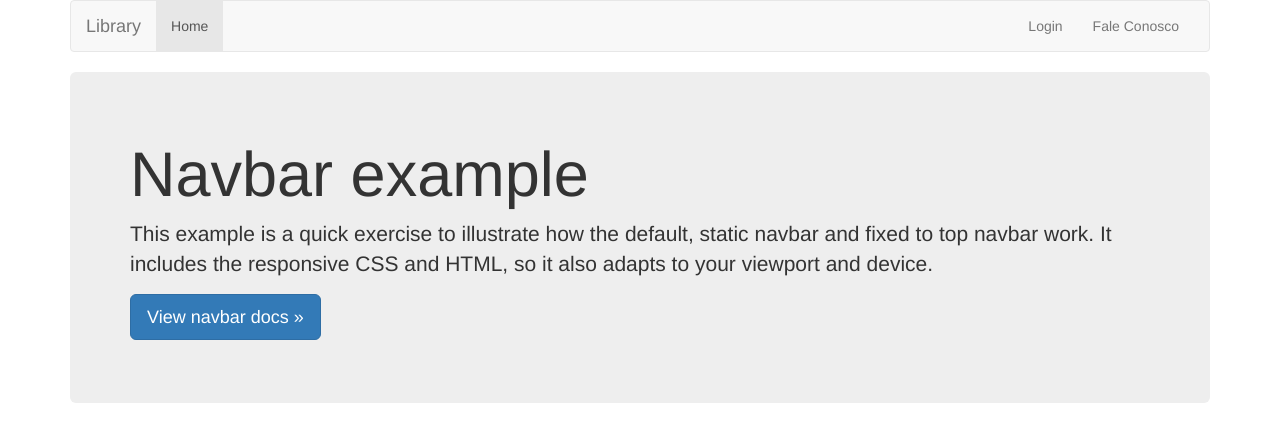
Repository: stefanyco/biblioteca
Page: http://localhost/Biblioteca/home.jsp
The author's editor kept a copy of each file at every save. The page is drawn from the files as they stood at one save, then again after the next save.
The browser window is 1280 px wide. The pictures show the whole page.
The page is served by Tomcat 9. Other server files are loaded and not shown.

Above is the page before, as saved 2016-11-06 22:29:23.

### Sistema Biblioteca/Biblioteca/WebContent/home.jsp
<%@ page language="java" contentType="text/html; charset=ISO-8859-1"
	pageEncoding="ISO-8859-1"%>
<!DOCTYPE html PUBLIC "-//W3C//DTD HTML 4.01 Transitional//EN" "http://www.w3.org/TR/html4/loose.dtd">
<html>
<head>
<meta http-equiv="Content-Type" content="text/html; charset=ISO-8859-1">
<link href="bootstrap.min.css" rel="stylesheet">
<title>Lybrary System</title>
</head>
<body>

	<div class="container">

		<!-- Static navbar -->
		<nav class="navbar navbar-default">
		<div class="container-fluid">
			<div class="navbar-header">
				<a class="navbar-brand" href="#">Library</a>
			</div>
			<div id="navbar" class="navbar-collapse collapse">
				<ul class="nav navbar-nav">
					<li class="active"><a href="#">Home</a></li>
				</ul>
				<ul class="nav navbar-nav navbar-right">
					<li><a href="../navbar-static-top/">Login</a></li>
					<li><a href="../navbar-fixed-top/">Fale Conosco</a></li>
				</ul>
			</div>
			<!--/.nav-collapse -->
		</div>
		<!--/.container-fluid --> </nav>

		<!-- Main component for a primary marketing message or call to action -->
		<div class="jumbotron">
			<h1>Navbar example</h1>
			<p>This example is a quick exercise to illustrate how the
				default, static navbar and fixed to top navbar work. It includes the
				responsive CSS and HTML, so it also adapts to your viewport and
				device.</p>
			<p>
				<a class="btn btn-lg btn-primary" href="../../components/#navbar"
					role="button">View navbar docs &raquo;</a>
			</p>
		</div>

	</div>
	<!-- /container -->

</body>
</html>

Loaded but not shown: Sistema Biblioteca/Biblioteca/WebContent/bootstrap.min.css (library)

After the next save:
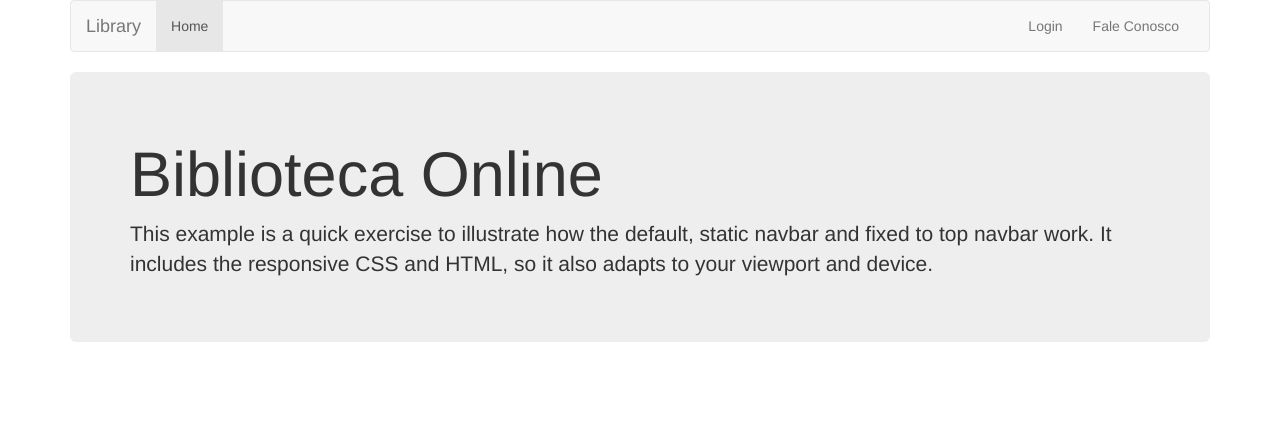
Saved 31 s later.
--- a/Sistema Biblioteca/Biblioteca/WebContent/home.jsp
+++ b/Sistema Biblioteca/Biblioteca/WebContent/home.jsp
@@ -32,15 +32,11 @@
 
 		<!-- Main component for a primary marketing message or call to action -->
 		<div class="jumbotron">
-			<h1>Navbar example</h1>
+			<h1>Biblioteca Online</h1>
 			<p>This example is a quick exercise to illustrate how the
 				default, static navbar and fixed to top navbar work. It includes the
 				responsive CSS and HTML, so it also adapts to your viewport and
 				device.</p>
-			<p>
-				<a class="btn btn-lg btn-primary" href="../../components/#navbar"
-					role="button">View navbar docs &raquo;</a>
-			</p>
 		</div>
 
 	</div>
